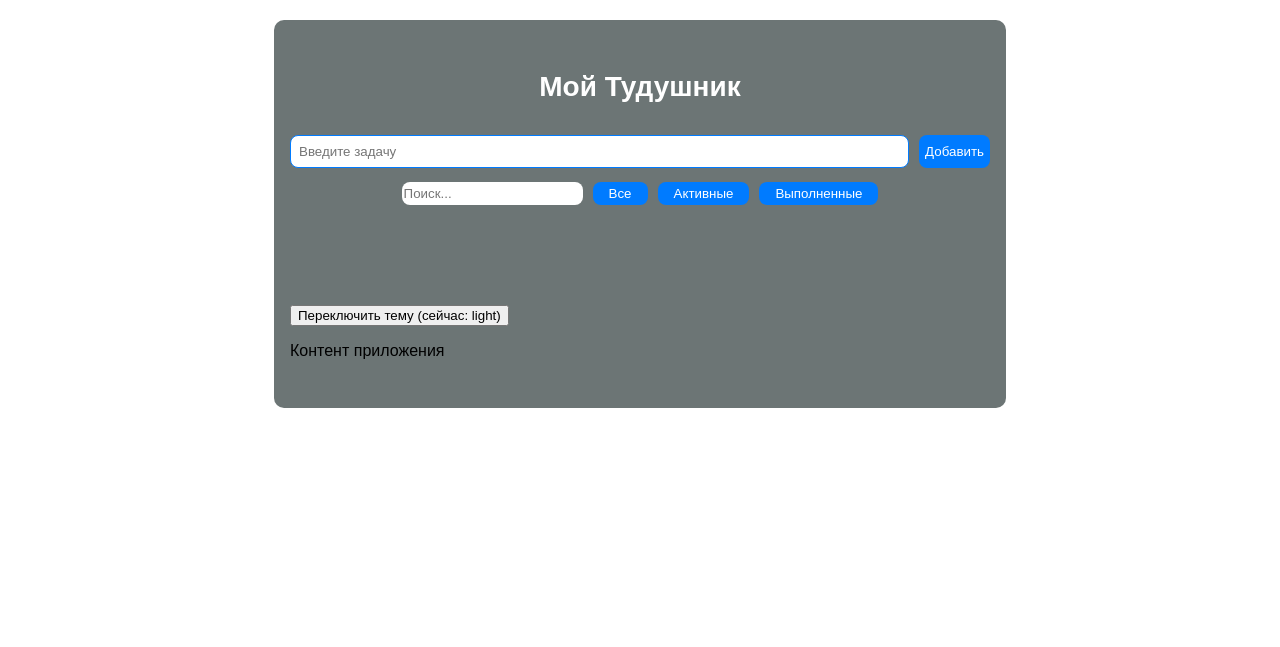
Repository: AlekCawka/-todo-project
Page: /
The author's editor kept a copy of each file at every save. The page is drawn from the files as they stood at one save, then again after the next save.
The browser window is 1280 px wide. The pictures show the whole page.
The project was rebuilt for these pictures with package versions that can differ from the ones it lists, and the page was loaded fresh each time. Also part of the build but not shown: vite.config.js.

Above is the page before, as saved 2025-08-12 17:18:17.

After the next save:
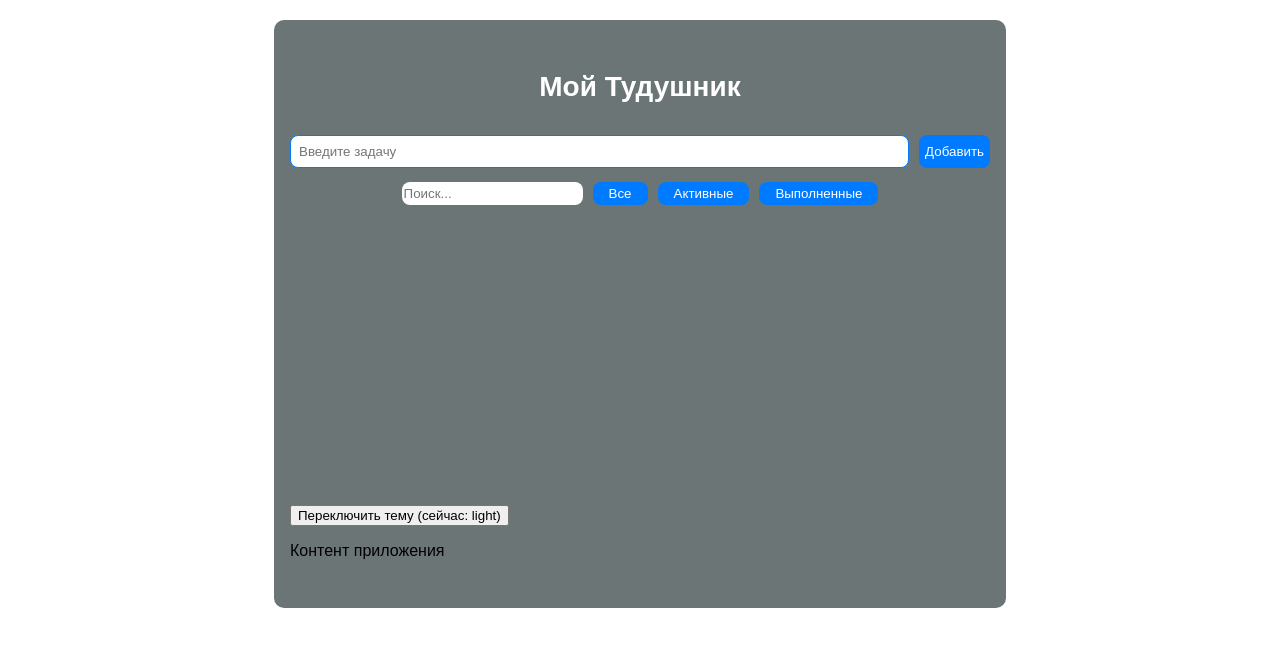
Saved 36 s later.
--- a/src/index.css
+++ b/src/index.css
@@ -15,5 +15,5 @@ body {
 }
 
 .toggleTheme {
-    margin-top: 100px;
+    margin-top: 300px;
 }
